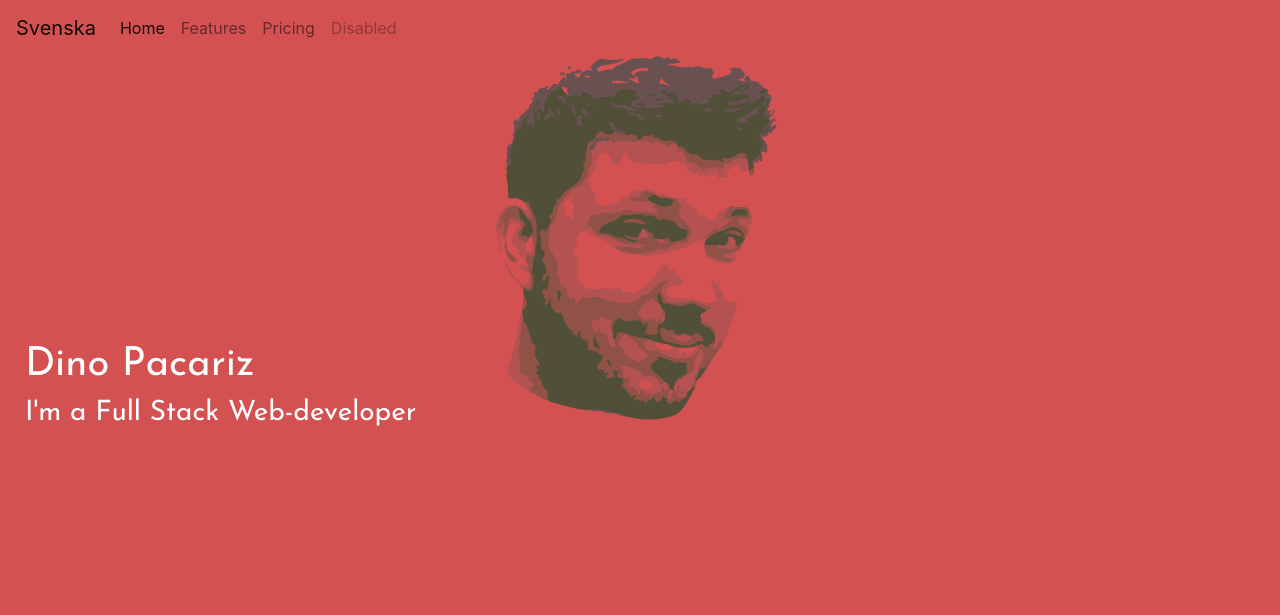
Repository: ImDino/Portfolio
Page: index.html
The author's editor kept a copy of each file at every save. The page is drawn from the files as they stood at one save, then again after the next save.
The browser window is 1280 px wide. The pictures show the whole page.
Some web libraries are served in a nearby version. The style sheet was rebuilt from its Sass, Less or Tailwind sources for each picture, by a compiler version that may differ from the author's.

Above is the page before, as saved 2020-11-04 13:22:45.

### index.html
<!DOCTYPE html>
<html lang="en">
<head>
    <meta charset="UTF-8">
    <meta name="viewport" content="width=device-width, initial-scale=1.0">
    <link rel="stylesheet" href="https://cdn.jsdelivr.net/npm/bootstrap@4.5.3/dist/css/bootstrap.min.css" integrity="sha384-TX8t27EcRE3e/ihU7zmQxVncDAy5uIKz4rEkgIXeMed4M0jlfIDPvg6uqKI2xXr2" crossorigin="anonymous">
    <link href="https://fonts.googleapis.com/css2?family=Josefin+Sans&display=swap" rel="stylesheet">

    <script src="https://code.jquery.com/jquery-3.5.1.slim.min.js" integrity="sha384-DfXdz2htPH0lsSSs5nCTpuj/zy4C+OGpamoFVy38MVBnE+IbbVYUew+OrCXaRkfj" crossorigin="anonymous"></script>
    <script src="https://cdn.jsdelivr.net/npm/bootstrap@4.5.3/dist/js/bootstrap.bundle.min.js" integrity="sha384-ho+j7jyWK8fNQe+A12Hb8AhRq26LrZ/JpcUGGOn+Y7RsweNrtN/tE3MoK7ZeZDyx" crossorigin="anonymous"></script>
    <script src="https://cdnjs.cloudflare.com/ajax/libs/gsap/3.5.1/gsap.min.js"></script>
    <script src="/js/main.js"></script>


    <link rel="stylesheet" href="css/main.css">
    <title>Dino's Portfolio</title>
</head>
<body>
    <div id='pseudo-div'></div>
    <nav class="navbar navbar-expand-lg navbar-light bg-light">
        <!-- <a class="navbar-brand" href="#">Navbar</a> -->
        <a class="navbar-brand" id='lang' href="#">Svenska</a>
        <button class="navbar-toggler" type="button" data-toggle="collapse" data-target="#navbarNav" aria-controls="navbarNav" aria-expanded="false" aria-label="Toggle navigation">
          <span class="navbar-toggler-icon"></span>
        </button>
        <div class="collapse navbar-collapse" id="navbarNav">
          <ul class="navbar-nav">
            <li class="nav-item active">
              <a class="nav-link" href="#">Home <span class="sr-only">(current)</span></a>
            </li>
            <li class="nav-item">
              <a class="nav-link" href="#">Features</a>
            </li>
            <li class="nav-item">
              <a class="nav-link" href="#">Pricing</a>
            </li>
            <li class="nav-item">
              <a class="nav-link disabled" href="#" tabindex="-1" aria-disabled="true">Disabled</a>
            </li>
          </ul>
        </div>
    </nav>
    <div id='purple-div'>
        <div>
            <h1>Dino Pacariz</h1>
            <h3>I'm a Full Stack Web-developer</h3>
        </div>
    </div>
    <div id='face'>
    </div>
</body>
</html>

### js/main.js
document.addEventListener('DOMContentLoaded', () => {
    gsap.from("#purple-div", {duration: 1, x: -1000});
    gsap.from("#face", {duration: 1, opacity: 0});
    gsap.from("#face", {clearProps: 'all', duration: 1, x:100});
    TweenLite.from('#face', {y:20, ease:Linear.easeNone});





    // localStorage.clear()

    /*:::::::START:::::::::
    ::: Refresh Counter :::
    :::::::::::::::::::::*/

    if(localStorage.getItem('refreshCount') == null) {
        localStorage.setItem('refreshCount', 1);
    } else {
        let  localRefreshCount = localStorage.getItem('refreshCount')
        localRefreshCount++;
        localStorage.setItem('refreshCount', localRefreshCount);
    }
    if (parseInt(localStorage.getItem('refreshCount')) > 10) {
        localStorage.setItem('refreshCount', 1);
    }
    console.log('RefreshCount: '+localStorage.getItem('refreshCount'))


    /*::::::::END::::::::::
    ::: Refresh Counter :::
    :::::::::::::::::::::*/
})

### scss/main.scss


body {
    background-color: #D45151;
    color: white;
}

#pseudo-div {
    width: 100%;
    background-color: red;
}

.navbar {
    background-color: #D45151 !important;
    color: white;
}

#purple-div {
    padding-top: 60px;
    position: absolute;
    top: 0;
    bottom: 0;
    left: 0;
    right: 0;
    z-index: -1;

    // background: linear-gradient(97deg, #1E1446 50%, rgba(255, 255, 255, 0) 50.15%);
    display: grid;
    place-content: center left;

    h1, h3 {
        margin-left: 25px;
        font-family: 'Josefin Sans', sans-serif;

    }
    h1 {
        // font-size: 2em;
    }
}

#face {
    position: fixed;
    top: 0;
    bottom: 0;
    left: 0;
    right: 0;
    margin-bottom: 300px;
    background: url('/img/vectorFace.png') no-repeat;
    background-color: #D45151;
    z-index: -2;
    background-blend-mode: darken;
    background-size: 40vh;
    background-position: center bottom;
}



/* //TODO
1. Darkmode, ställa in särskilda färger IFALL man är i darkmode? UX baby.

*/

After the next save:
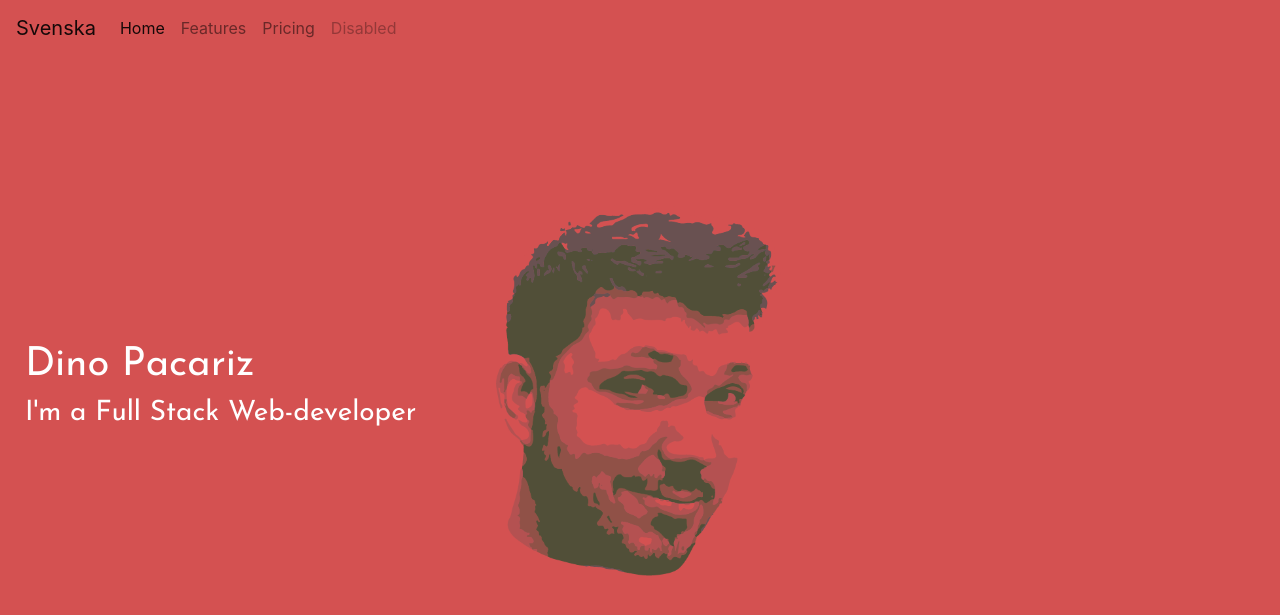
Saved 7 s later.
--- a/scss/main.scss
+++ b/scss/main.scss
@@ -44,7 +44,7 @@ body {
     bottom: 0;
     left: 0;
     right: 0;
-    margin-bottom: 300px;
+    margin-bottom: 20vh;
     background: url('/img/vectorFace.png') no-repeat;
     background-color: #D45151;
     z-index: -2;
